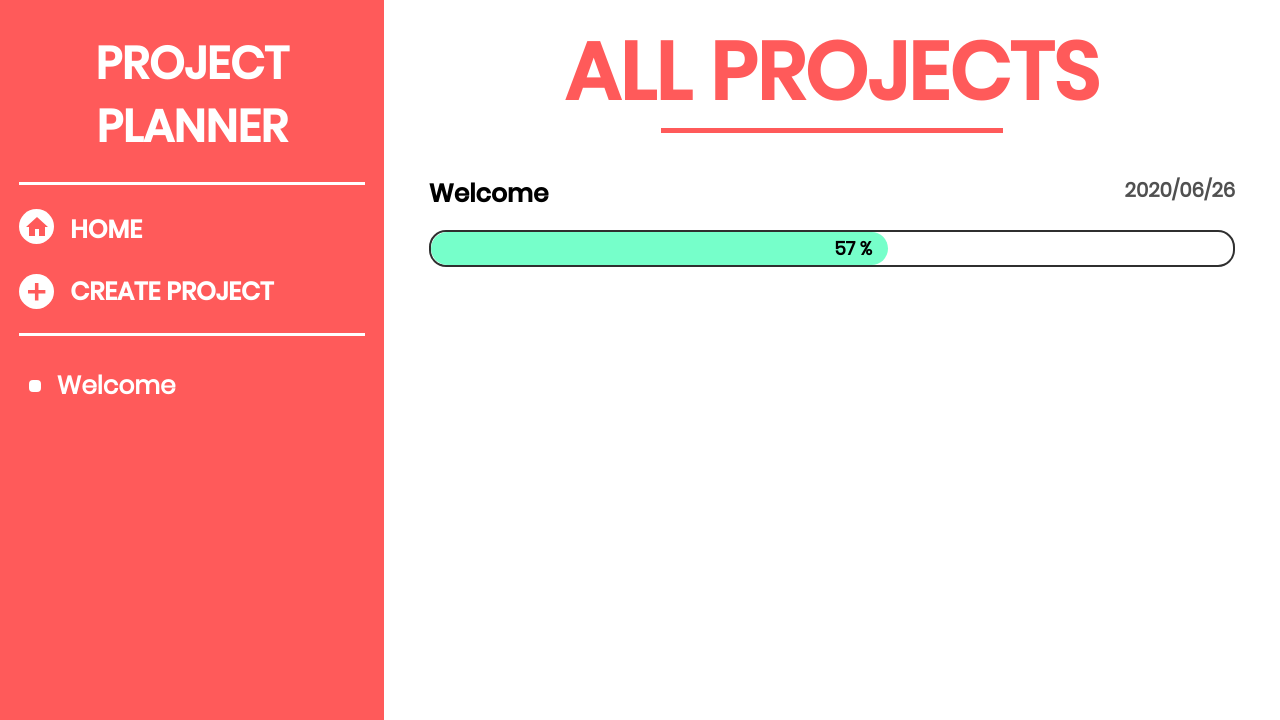
Repository: AzharMoosa/project-manager
Page: /
These files come from the project's save history. The page is drawn as it stood at one moment and after a run of saves; the edit follows.
The browser window is 1280 px wide. The pictures show the whole page.
The project was rebuilt for these pictures with package versions that can differ from the ones it lists, and the page was loaded fresh each time. A package was used in the major version that the imports need, not the one package.json lists. Also part of the build but not shown: src/components/current-project/Task.js, src/components/current-project/CurrentProject.js.

Above is the page before, as saved 2020-06-25 14:18:11.

After the next 3 saves:
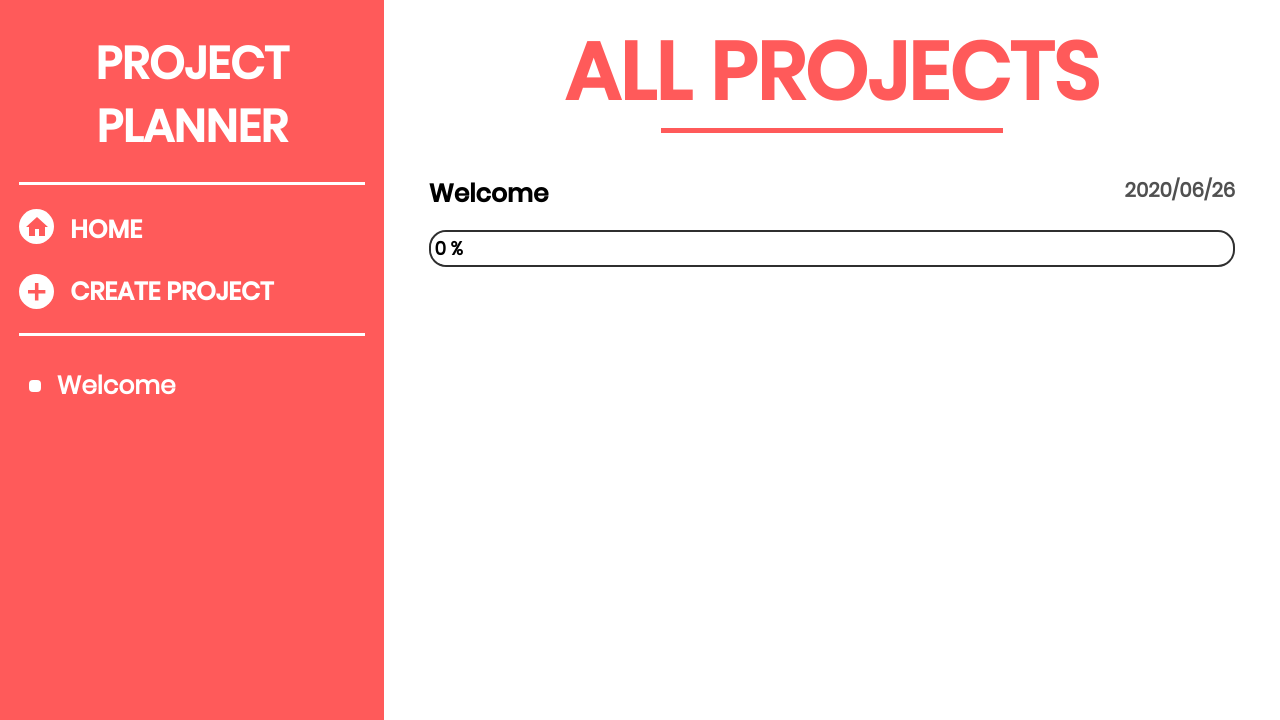
The 3 saves are shown as one change because they came seconds apart.
The last was saved 15 s later.
--- a/src/ProjectContext.js
+++ b/src/ProjectContext.js
@@ -11,8 +11,8 @@ export const ProjectProvider = (props) => {
     {
       name: "Welcome",
       overview: "You Project Overview Goes Here",
-      tools: ["HTML", "CSS", "JAVASCRIPT", "REACT"],
-      progress: 57,
+      tools: ["Tools", "Go", "Here"],
+      progress: 0,
       tasks: [
         { task: "Create Project Plans", complete: true, id: 1 },
         { task: "Todo List for Each Project", complete: false, id: 2 },
